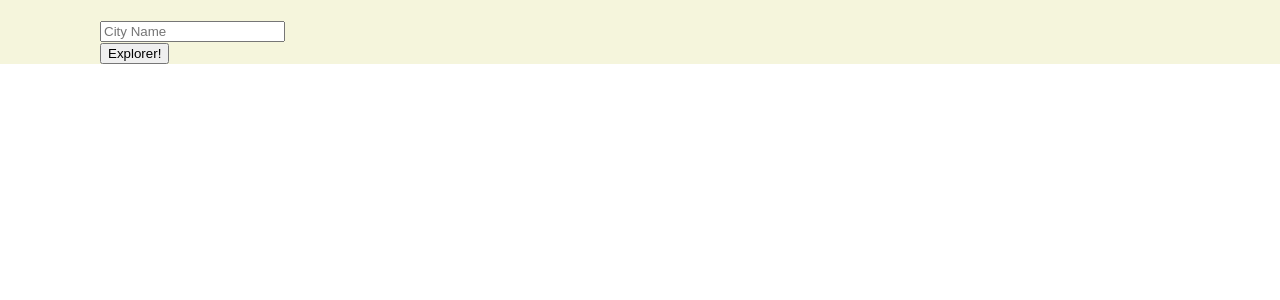
Repository: Razan-am/city-explorer-api-front
Page: /
These files come from the project's save history. The page is drawn as it stood at one moment and after the next save; the edit follows.
The browser window is 1280 px wide. The pictures show the whole page.
The project was rebuilt for these pictures with package versions that can differ from the ones it lists, and the page was loaded fresh each time. Also part of the build but not shown: src/components/Weather.js.

Above is the page before, as saved 2021-07-09 22:53:33.

After the next save:
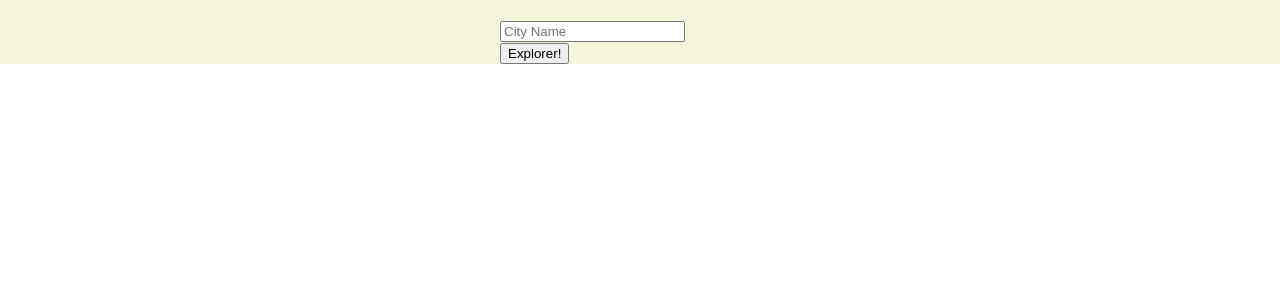
Saved 31 s later.
--- a/src/App.js
+++ b/src/App.js
@@ -70,7 +70,7 @@ class App extends Component {
         <AlertMessage
           alert={this.state.alert}
           error={this.state.error} />
-        <form onSubmit={this.handlerSubmit} style={{ marginLeft: '100px', paddingTop: '20px', marginButton: '20px', display: 'block', width: '50px' }}>
+        <form onSubmit={this.handlerSubmit} style={{ marginLeft: '500px', paddingTop: '20px', marginButton: '20px', display: 'block', width: '50px' }}>
           <input type='text' placeholder='City Name' onChange={(e) => { this.handlerData(e) }} />
           <button >Explorer!</button>
         </form>
